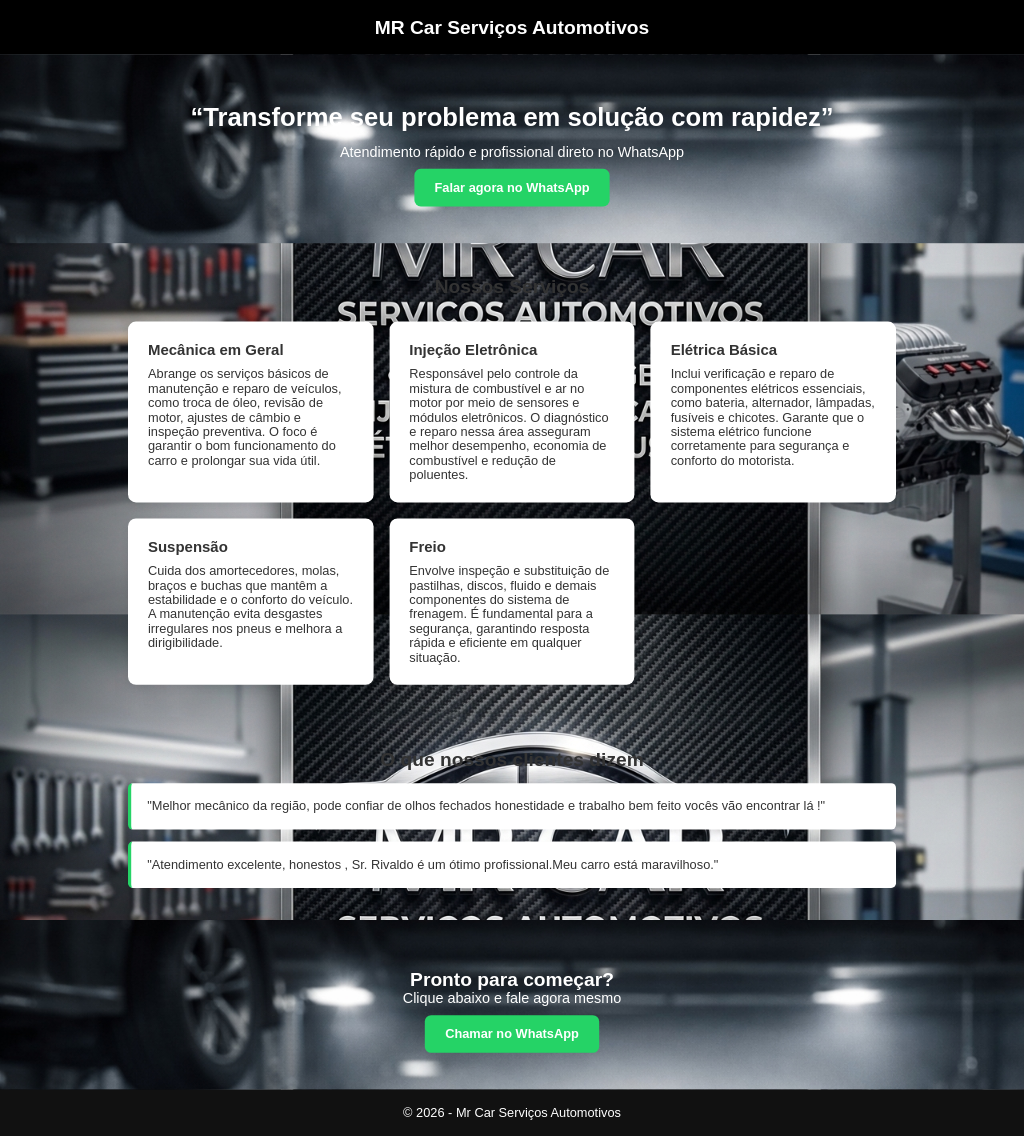
Repository: templaterj1991-Luiz/Main
Page: Template/index.html
An editor plug-in stored every save of this project. The page is shown before and after the next save, followed by the edit.
The browser window is 1280 px wide. The pictures show the whole page, at 80% of full size.

Above is the page before, as saved 2026-06-06 13:38:44.

After the next save:
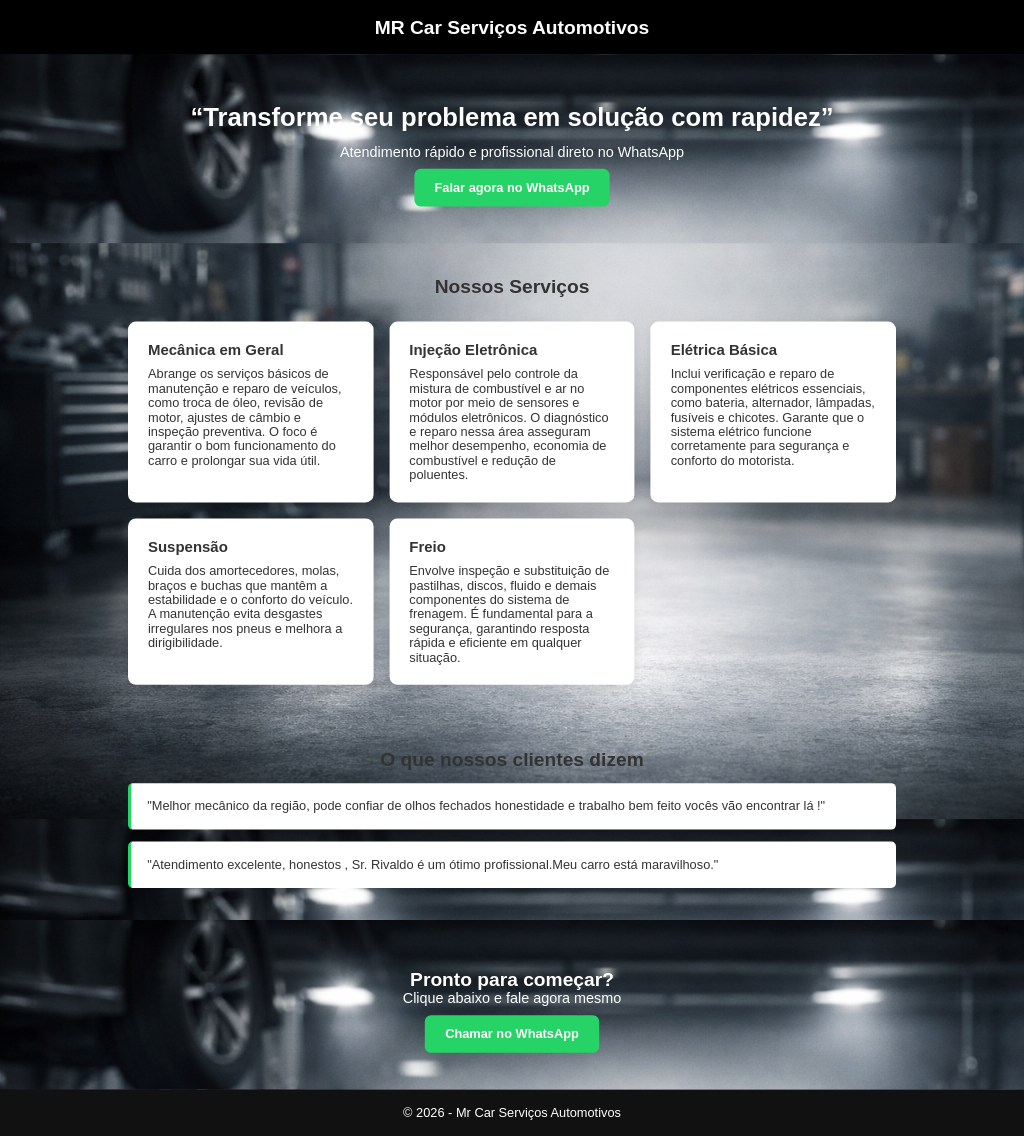
Saved 75 s later.
--- a/Template/index.html
+++ b/Template/index.html
@@ -14,7 +14,7 @@
         }
 
         body {
-            background-image:url(../Template/assests/Gemini_Generated_Image_qv3g9aqv3g9aqv3g.png);
+            background-image:url(../Template/assests/image_17807634293247997762059382456069.jpeg);
             color: #333;
         }
 
